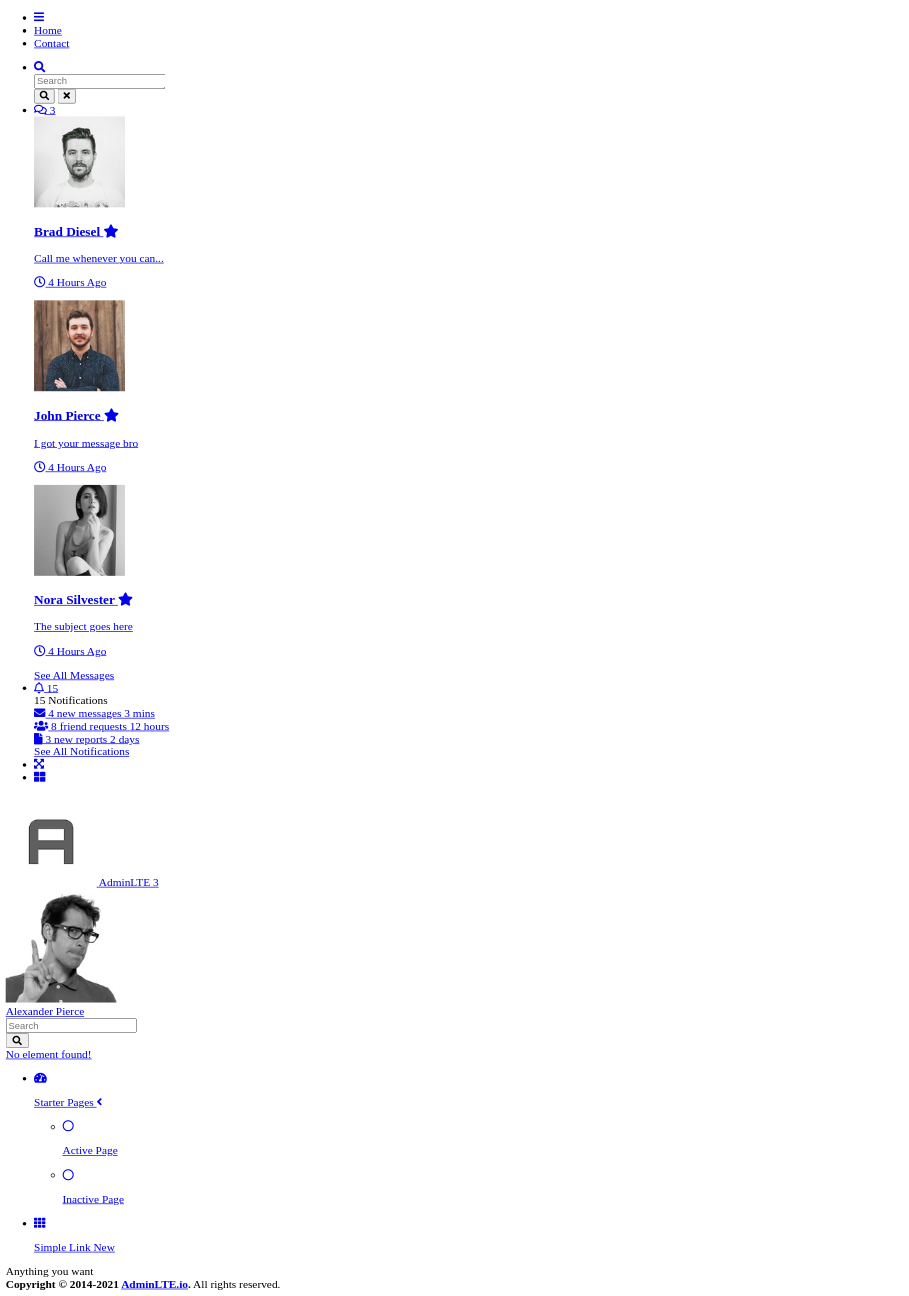
Repository: alangetelengo/SchoolV1
Page: http://localhost/
The author's editor kept a copy of each file at every save. The page is drawn from the files as they stood at one save, then again after a run of saves.
The browser window is 1280 px wide. The pictures show the whole page, at 71% of full size.
Some web fonts or font styles are not loaded; a fallback is used. The page is served by the project's Laravel application, run on PHP 8.4 with Laravel 9.

Above is the page before, as saved 2023-04-19 12:19:44.

After the next 3 saves:
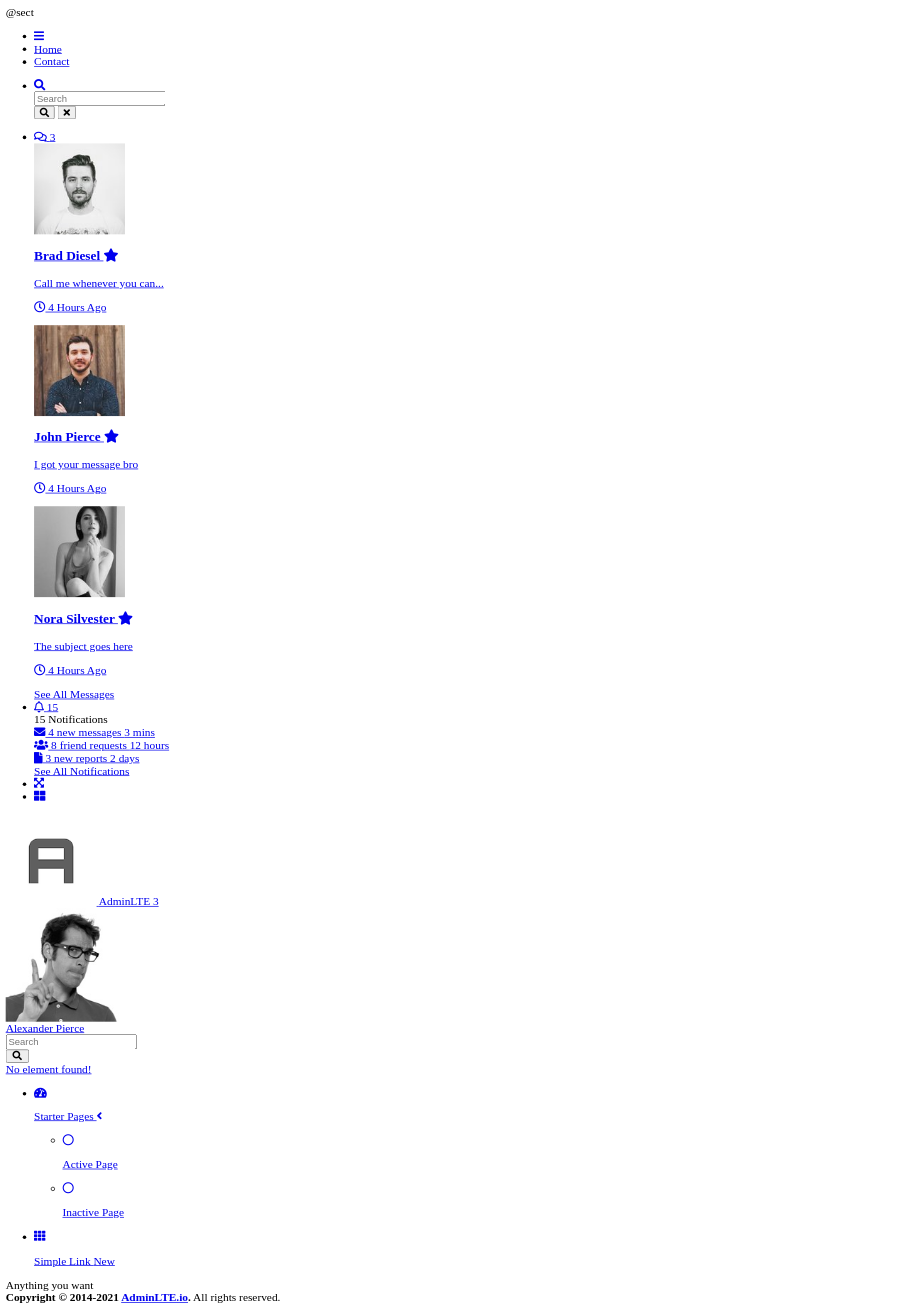
The 3 saves are shown as one change because they came seconds apart.
The last was saved 7 s later.
--- a/resources/views/accueil.blade.php
+++ b/resources/views/accueil.blade.php
@@ -1 +1,2 @@
 @extends("layouts.app")
+@sect
